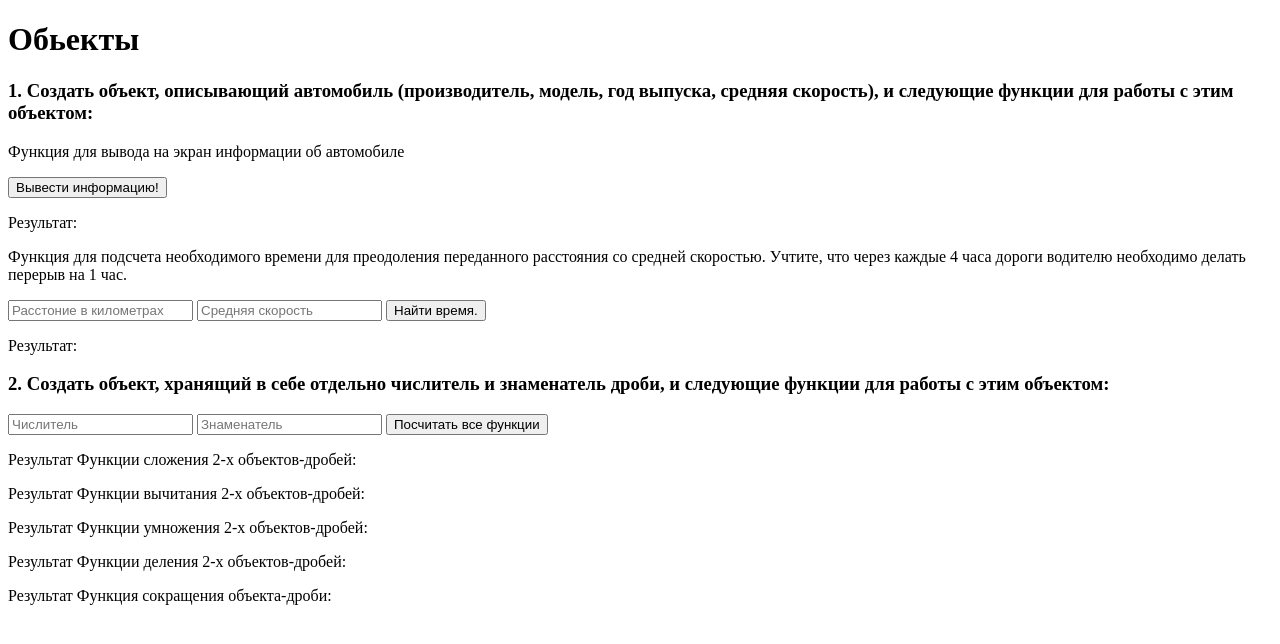
Repository: NastyaGavrilova/Beetroot-js
Page: HW4/index.html
The author's editor kept a copy of each file at every save. The page is drawn from the files as they stood at one save, then again after the next save.
The browser window is 1280 px wide. The pictures show the whole page.

Above is the page before, as saved 2021-10-19 12:36:59.
Console error: ReferenceError: д is not defined

After the next save:
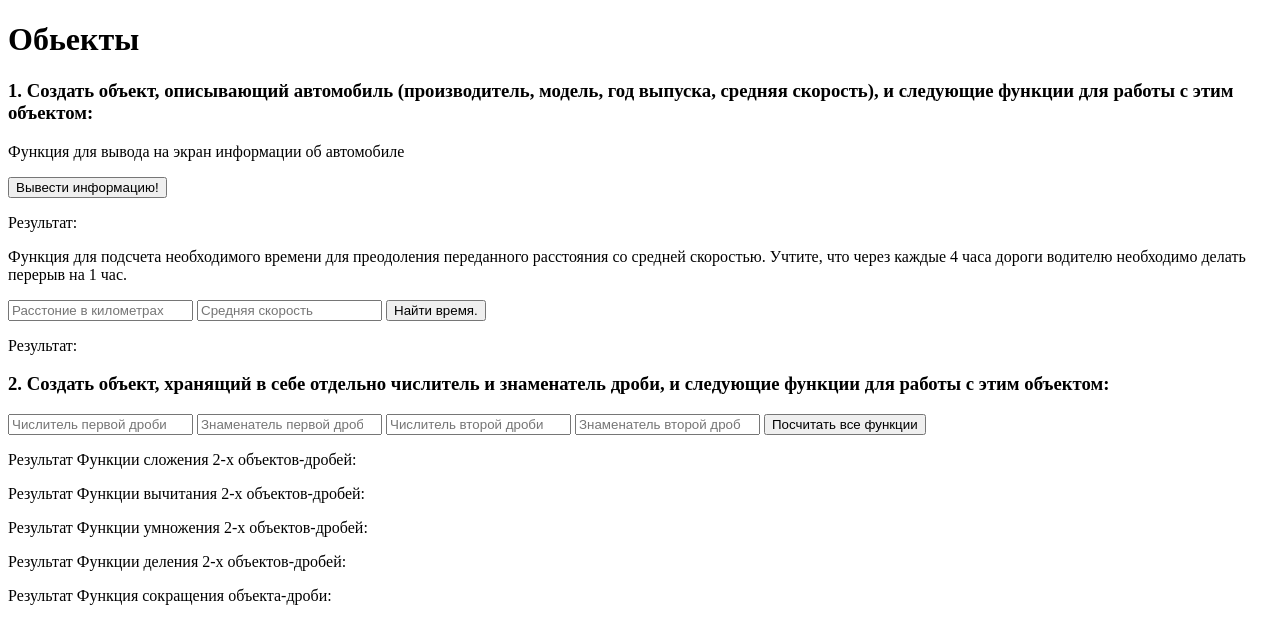
Saved 95 s later.
--- a/HW4/index.html
+++ b/HW4/index.html
@@ -60,8 +60,27 @@
           дроби, и следующие функции для работы с этим объектом:
         </h3>
         <form action="c-task2-form">
-          <input type="number" id="js-task2-input1" placeholder="Числитель" />
-          <input type="number" id="js-task2-input2" placeholder="Знаменатель" />
+          <input
+            type="number"
+            id="js-task2-input1"
+            placeholder="Числитель первой дроби"
+          />
+          <input
+            type="number"
+            id="js-task2-input2"
+            placeholder="Знаменатель первой дроби"
+          />
+          <input
+            type="number"
+            id="js-task2-input3"
+            placeholder="Числитель второй дроби"
+          />
+          <input
+            type="number"
+            id="js-task2-input4"
+            placeholder="Знаменатель второй дроби"
+          />
+
           <button id="js-task2-btn">Посчитать все функции</button>
         </form>
         <p class="c-task2__result">
